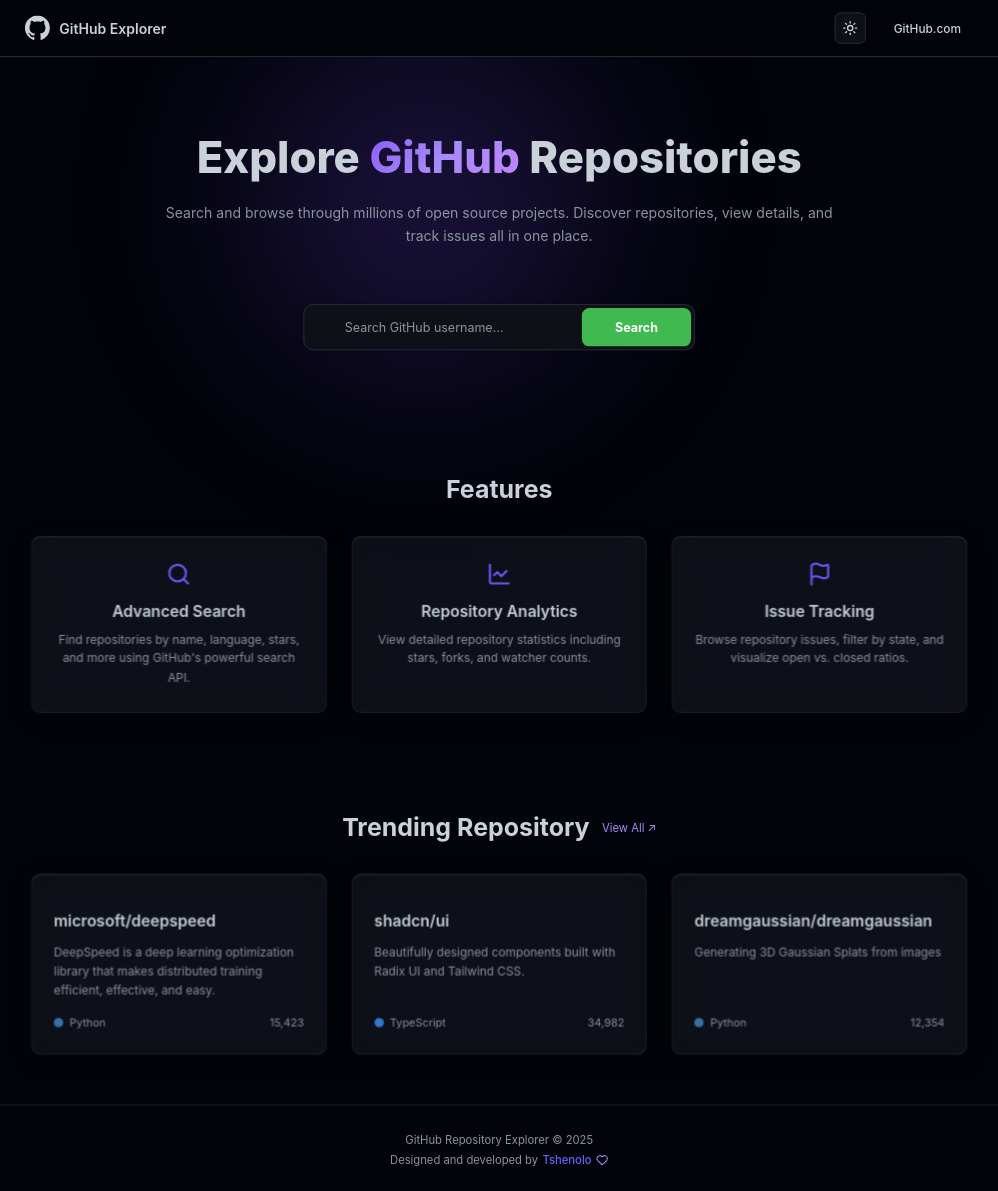
Repository: Tshenolo1994/username-repo
Page: /
The author's editor kept a copy of each file at every save. The page is drawn from the files as they stood at one save, then again after the next save.
The browser window is 1280 px wide. The pictures show the whole page, at 78% of full size.
The project was rebuilt for these pictures with package versions that can differ from the ones it lists, and the page was loaded fresh each time. Also part of the build but not shown: vite.config.ts, src/views/RepoView.vue.

Above is the page before, as saved 2025-10-27 10:10:51.

### index.html
<!doctype html>
<html lang="en">
  <head>
    <meta charset="UTF-8" />
    <link rel="icon" type="image/svg+xml" href="/vite.svg" />
    <meta name="viewport" content="width=device-width, initial-scale=1.0" />
    <title>commit-explorer</title>
  </head>
  <body>
    <div id="app"></div>
    <script type="module" src="/src/main.ts"></script>
  </body>
</html>

### src/main.ts
import { createApp } from 'vue'
import { createPinia } from 'pinia'
import App from './App.vue'
import router from './router'
import './styles/theme.css'

createApp(App)
  .use(createPinia())
  .use(router)
  .mount('#app')

### src/App.vue
<!-- App.vue or Layout.vue -->
<script setup>
import Header from '@/components/Header.vue';
import Footer from '@/components/Footer.vue';
</script>

<template>
  <div id="app">
    <Header />
    <main>
      <router-view />
    </main>
    <Footer />
  </div>
</template>

### src/router/index.ts
import { createRouter, createWebHistory } from 'vue-router'
import HomeView from '@/views/HomeView.vue'
import RepoView from '@/views/RepoView.vue'

const router = createRouter({
  history: createWebHistory(),
  routes: [
    { path: '/', name: 'home', component: HomeView },
    { path: '/repos/:username', name: 'repos', component: RepoView, props: true },
  ],
  scrollBehavior: () => ({ top: 0 }),
})

export default router

### src/styles/theme.css
:root {

    --bg: #010409;
    --bg-elev: #0d1117;
    --border: #30363d;
    --text: #c9d1d9;
    --muted: #8b949e;
    --button-bg: #161b22;
    --button-accent: #3fb950;
    --link: #7656FE;
    --error-text: #ff7b72;
    --error-bg: rgba(248, 81, 73, 0.1);
    --empty-state-bg: rgba(13, 17, 23, 0.5);
  }

  html, body, #app {
    margin: 0;
    padding: 0;
    background: var(--bg);
    color: var(--text);
    font-family: 'Inter', system-ui, -apple-system, BlinkMacSystemFont, 'Segoe UI', sans-serif;
    transition: background 0.3s ease, color 0.3s ease;
  }

  * {
    box-sizing: border-box;
  }

  h1, h2, h3, h4, h5, h6 {
    line-height: 1.2;
    margin: 0;
  }

  p {
    margin: 0.25rem 0 0;
  }

  a {
    color: var(--link);
    text-decoration: none;
  }

  button {
    font-family: inherit;
    border: none;
    outline: none;
  }

  input, textarea, select {
    font-family: inherit;
  }

  .card {
    background: var(--bg-elev);
    border: 1px solid var(--border);
    border-radius: 0.75rem;
    padding: 1rem;
    box-shadow: 0 1px 2px rgba(0, 0, 0, 0.15);
  }

### src/components/Header.vue
<script setup lang="ts">
import { Sun, Moon } from 'lucide-vue-next';
import { useTheme } from '@/composables/useTheme';

const { isDark, toggleTheme } = useTheme();
</script>

<template>
  <header class="header">
    <div class="header-content">
      <div class="logo">
        <svg width="32" height="32" viewBox="0 0 16 16" fill="currentColor">
          <path d="M8 0C3.58 0 0 3.58 0 8c0 3.54 2.29 6.53 5.47 7.59.4.07.55-.17.55-.38 0-.19-.01-.82-.01-1.49-2.01.37-2.53-.49-2.69-.94-.09-.23-.48-.94-.82-1.13-.28-.15-.68-.52-.01-.53.63-.01 1.08.58 1.23.82.72 1.21 1.87.87 2.33.66.07-.52.28-.87.51-1.07-1.78-.2-3.64-.89-3.64-3.95 0-.87.31-1.59.82-2.15-.08-.2-.36-1.02.08-2.12 0 0 .67-.21 2.2.82.64-.18 1.32-.27 2-.27.68 0 1.36.09 2 .27 1.53-1.04 2.2-.82 2.2-.82.44 1.1.16 1.92.08 2.12.51.56.82 1.27.82 2.15 0 3.07-1.87 3.75-3.65 3.95.29.25.54.73.54 1.48 0 1.07-.01 1.93-.01 2.2 0 .21.15.46.55.38A8.013 8.013 0 0016 8c0-4.42-3.58-8-8-8z"/>
        </svg>
        <span class="logo-text">GitHub Explorer</span>
      </div>

      <nav class="nav">
        <button @click="toggleTheme" class="theme-toggle" :aria-label="isDark ? 'Switch to light mode' : 'Switch to dark mode'">
          <Sun v-if="isDark" :size="20" />
          <Moon v-else :size="20" />
        </button>
        <a href="https://github.com" target="_blank" rel="noreferrer" class="github-link">
          GitHub.com
        </a>
      </nav>
    </div>
  </header>
</template>

<style scoped>
.header {
  background: var(--bg);
  border-bottom: 1px solid var(--border);
  padding: 1rem 2rem;
  position: sticky;
  top: 0;
  z-index: 100;
  backdrop-filter: blur(8px);
  transition: background 0.3s, border-color 0.3s;
}

.header-content {
  max-width: 1400px;
  margin: 0 auto;
  display: flex;
  justify-content: space-between;
  align-items: center;
}

.logo {
  display: flex;
  align-items: center;
  gap: 0.75rem;
  color: var(--text);
  font-weight: 600;
  font-size: 1.125rem;
  cursor: pointer;
  transition: color 0.2s;
}

.logo:hover {
  color: var(--link);
}

.logo svg {
  flex-shrink: 0;
}

.logo-text {
  font-weight: 600;
}

.nav {
  display: flex;
  align-items: center;
  gap: 1.25rem;
}

.theme-toggle {
  background: var(--bg-elev);
  border: 1px solid var(--border);
  border-radius: 8px;
  width: 40px;
  height: 40px;
  display: flex;
  align-items: center;
  justify-content: center;
  cursor: pointer;
  color: var(--text);
  transition: all 0.2s;
}

.theme-toggle:hover {
  background: var(--border);
  transform: rotate(15deg);
}

.github-link {
  color: var(--text);
  text-decoration: none;
  font-size: 0.95rem;
  font-weight: 500;
  padding: 0.5rem 1rem;
  border-radius: 6px;
  transition: all 0.2s;
}

.github-link:hover {
  color: var(--link);
  background: var(--bg-elev);
}

@media (max-width: 640px) {
  .header {
    padding: 1rem;
  }

  .logo-text {
    display: none;
  }
}
</style>

### src/components/Footer.vue
<script setup lang="ts">
import { Heart } from 'lucide-vue-next';

const currentYear = new Date().getFullYear();
</script>

<template>
  <footer class="footer">
    <div class="footer-content">
      <p class="footer-text">
        GitHub Repository Explorer © {{ currentYear }}
      </p>
      <p class="footer-credits">
        Designed and developed by <a href="#" class="footer-link">Tshenolo</a>
        <Heart :size="16" class="heart-icon" />
      </p>
    </div>
  </footer>
</template>

<style scoped>
.footer {
  background: var(--bg);
  border-top: 1px solid var(--border);
  padding: 2rem;
  margin-top: auto;
  transition: background 0.3s, border-color 0.3s;
}

.footer-content {
  max-width: 1400px;
  margin: 0 auto;
  text-align: center;
}

.footer-text {
  color: var(--muted);
  font-size: 0.9rem;
  margin-bottom: 0.5rem;
}

.footer-credits {
  color: var(--muted);
  font-size: 0.9rem;
  margin: 0;
  display: flex;
  align-items: center;
  justify-content: center;
  gap: 0.35rem;
}

.heart-icon {
  color: #a78bfa;
  fill: none;
}

.footer-link {
  color: var(--link);
  text-decoration: none;
  font-weight: 500;
  transition: opacity 0.2s;
}

.footer-link:hover {
  opacity: 0.8;
}

@media (max-width: 640px) {
  .footer {
    padding: 1.5rem 1rem;
  }

  .footer-text,
  .footer-credits {
    font-size: 0.85rem;
  }
}
</style>

### src/views/HomeView.vue
<script setup lang="ts">
import { ref } from "vue";
import { useRouter } from "vue-router";
import { Search, LineChart, Flag } from "lucide-vue-next";

import SearchBar from '@/components/SearchBar.vue';
const features = ref([
  {
    id: 1,
    icon: Search,
    title: "Advanced Search",
    description: "Find repositories by name, language, stars, and more using GitHub's powerful search API.",
  },
  {
    id: 2,
    icon: LineChart,
    title: "Repository Analytics",
    description: "View detailed repository statistics including stars, forks, and watcher counts.",
  },
  {
    id: 3,
    icon: Flag,
      title: "Issue Tracking",
    description: "Browse repository issues, filter by state, and visualize open vs. closed ratios.",
  },
]);


const trendingRepos = ref([
  {
    id: 1,
    name: "microsoft/deepspeed",
    stars: 15423,
    description:
      "DeepSpeed is a deep learning optimization library that makes distributed training efficient, effective, and easy.",
    language: "Python",
  },
  {
    id: 2,
    name: "shadcn/ui",
    stars: 34982,
    description:
      "Beautifully designed components built with Radix UI and Tailwind CSS.",
    language: "TypeScript",
  },
  {
    id: 3,
    name: "dreamgaussian/dreamgaussian",
    stars: 12354,
    description: "Generating 3D Gaussian Splats from images",
    language: "Python",
  },
]);

const router = useRouter();
const username = ref("");

function search() {
  if (username.value.trim()) {
    router.push(`/repos/${username.value.trim()}`);
  }
}

function getLangColor(lang: string): string {
  const colors: Record<string, string> = {
    JavaScript: "#f1e05a",
    TypeScript: "#3178c6",
    Python: "#3572A5",
    Java: "#b07219",
    Go: "#00ADD8",
    Ruby: "#701516",
  };
  return colors[lang] || "#6e7681";
}
</script>

<template>
  <div class="home-page">
    <div class="gradient-ball"></div>

    <section class="hero">
      <div class="hero-content">
        <h1 class="hero-title">
          Explore <span class="gradient-text">GitHub</span> Repositories
        </h1>
        <p class="hero-sub">
          Search and browse through millions of open source projects. Discover
          repositories, view details, and track issues all in one place.
        </p>

        <div class="search-box">
            <div class="search-wrapper">
        <SearchBar />
      </div>
        </div>
      </div>
    </section>

    <!-- Features -->
    <section class="section">
      <div class="section-header">
        <h2>Features</h2>
      </div>

      <div class="grid">
        <div
          v-for="feature in features"
          :key="feature.id"
          class="card glass"
        >
          <component :is="feature.icon" class="icon" :size="32" />
          <h3>{{ feature.title }}</h3>
          <p>{{ feature.description }}</p>
        </div>
      </div>
    </section>

    <!-- Trending -->
    <section class="section">
      <div class="section-header">
        <h2>Trending Repository</h2>
        <a
          href="https://github.com/trending"
          target="_blank"
          rel="noreferrer"
          class="view-all"
        >
          View All ↗
        </a>
      </div>

      <div class="grid">
        <div
          v-for="repo in trendingRepos"
          :key="repo.id"
          class="card glass repo-card"
        >
          <h3 class="repo-name">{{ repo.name }}</h3>
          <p class="repo-desc">{{ repo.description }}</p>
          <div class="repo-meta">
            <div class="lang">
              <span
                class="dot"
                :style="{ backgroundColor: getLangColor(repo.language) }"
              ></span>
              <span>{{ repo.language }}</span>
            </div>
            <div class="stars">
              <svg
                class="star"
                fill="currentColor"
                viewBox="0 0 16 16"
              >
                <path
                  d="M8 .25a.75.75 0 01.673.418l1.882 3.815 4.21.612a.75.75 0 01.416 1.279l-3.046 2.97.719 4.192a.75.75 0 01-1.088.791L8 12.347l-3.766 1.98a.75.75 0 01-1.088-.79l.72-4.194L.818 6.374a.75.75 0 01.416-1.28l4.21-.611L7.327.668A.75.75 0 018 .25z"
                />
              </svg>
              {{ repo.stars.toLocaleString() }}
            </div>
          </div>
        </div>
      </div>
    </section>
  </div>
</template>

<style scoped>
.home-page {
  background: var(--bg);
  color: var(--text);
  min-height: 100vh;
  width: 100%;
  overflow-x: hidden;
  position: relative;
  transition: background 0.3s, color 0.3s;
}

.gradient-ball {
  position: absolute;
  top: -100px;
  left: 50%;
  transform: translateX(-50%);
  width: 600px;
  height: 600px;
  border-radius: 50%;
  background: radial-gradient(circle at center, var(--link) 0%, rgba(124, 58, 237, 0.6) 30%, transparent 70%);
  opacity: 0.3;
  filter: blur(100px);
  z-index: 0;
  animation: float 15s ease-in-out infinite;
  transition: background 0.3s;
}

@keyframes float {
  0% {
    transform: translate(-50%, 0) scale(1);
  }
  25% {
    transform: translate(-80%, -40px) scale(1.2);
  }
  50% {
    transform: translate(-20%, 80px) scale(0.85);
  }
  75% {
    transform: translate(-70%, 30px) scale(1.15);
  }
  100% {
    transform: translate(-50%, 0) scale(1);
  }
}

/* Hero Section */
.hero {
  padding: 6rem 2rem 4rem;
  position: relative;
  z-index: 10;
}

.hero-content {
  max-width: 900px;
  margin: 0 auto;
  text-align: center;
}

.hero-title {
  font-size: 3.5rem;
  font-weight: 800;
  margin-bottom: 1.5rem;
  line-height: 1.2;
}

.gradient-text {
  background: linear-gradient(135deg, #8b5cf6 0%, #a78bfa 50%, #c084fc 100%);
  -webkit-background-clip: text;
  -webkit-text-fill-color: transparent;
  background-clip: text;
}

.hero-sub {
  color: var(--muted);
  font-size: 1.125rem;
  margin-bottom: 2.5rem;
  line-height: 1.6;
}

.search-box {
  display: flex;
  justify-content: center;
  gap: 0.75rem;
  max-width: 600px;
  margin: 0 auto;
}

.search-input {
  padding: 0.875rem 1.25rem;
  border-radius: 8px;
  flex: 1;
  background: var(--bg-elev);
  color: var(--text);
  border: 1px solid var(--border);
  font-size: 0.95rem;
  transition: all 0.2s;
}

.search-input:focus {
  outline: none;
  border-color: var(--link);
  background: var(--bg-elev);
}

.search-input::placeholder {
  color: var(--muted);
}

.search-btn {
  background: var(--button-accent);
  color: white;
  padding: 0.875rem 2rem;
  border-radius: 8px;
  font-weight: 600;
  cursor: pointer;
  border: none;
  font-size: 0.95rem;
  transition: all 0.2s;
}

/* .search-btn:hover {
  background: #2ea043;
  transform: translateY(-1px);
} */

/* Shared Section Styling */
.section {
  padding: 4rem 2rem;
  position: relative;
  z-index: 10;
}

.section-header {
  display: flex;
  align-items: center;
  justify-content: center;
  gap: 1rem;
  margin-bottom: 2.5rem;
}

.section-header h2 {
  font-size: 2rem;
  font-weight: 700;
  color: var(--text);
}

.view-all {
  color: #a78bfa;
  font-size: 0.9rem;
  text-decoration: none;
  display: flex;
  align-items: center;
  gap: 0.25rem;
  transition: all 0.2s;
}

.view-all:hover {
  color: #c084fc;
  transform: translateX(2px);
}

/* Grid + Cards */
.grid {
  display: grid;
  grid-template-columns: repeat(3, 1fr);
  gap: 2rem;
  max-width: 1200px;
  margin: 0 auto;
}

@media (max-width: 980px) {
  .grid {
    grid-template-columns: 1fr;
  }
  .hero-title {
    font-size: 2.5rem;
  }
}

.card {
  padding: 2rem 1.75rem;
  border-radius: 12px;
  text-align: center;
  transition: all 0.3s ease;
}

.card:hover {
  transform: translateY(-6px);
}

/* Glass look */
.glass {
  background: rgba(255, 255, 255, 0.05);
  border: 1px solid rgba(255, 255, 255, 0.1);
  backdrop-filter: blur(20px) saturate(180%);
  box-shadow: 0 8px 32px rgba(0, 0, 0, 0.4),
              inset 0 1px 0 rgba(255, 255, 255, 0.1);
  transition: all 0.3s ease;
}

[data-theme="light"] .glass {
  background: rgba(255, 255, 255, 0.7);
  border: 1px solid rgba(255, 255, 255, 0.3);
  backdrop-filter: blur(20px) saturate(180%);
  box-shadow: 0 8px 32px rgba(0, 0, 0, 0.1),
              inset 0 1px 0 rgba(255, 255, 255, 0.5);
}

.glass:hover {
  background: rgba(255, 255, 255, 0.08);
  border: 1px solid rgba(255, 255, 255, 0.15);
  box-shadow: 0 12px 40px rgba(0, 0, 0, 0.5),
              inset 0 1px 0 rgba(255, 255, 255, 0.15);
}

[data-theme="light"] .glass:hover {
  background: rgba(255, 255, 255, 0.85);
  border: 1px solid rgba(255, 255, 255, 0.4);
  box-shadow: 0 12px 40px rgba(0, 0, 0, 0.15),
              inset 0 1px 0 rgba(255, 255, 255, 0.6);
}

.card h3 {
  font-size: 1.25rem;
  font-weight: 600;
  margin: 1rem 0 0.75rem;
  color: var(--text);
}

.card p {
  color: var(--muted);
  font-size: 0.95rem;
  line-height: 1.6;
}

.icon {
  color: var(--link);
  margin: 0 auto;
}

/* Trending Repo cards */
.repo-card {
  text-align: left;
  display: flex;
  flex-direction: column;
}

.repo-name {
  color: var(--link);
  font-weight: 600;
  font-size: 1.1rem;
  margin: 0 0 0.75rem 0;
  transition: color 0.2s;
  min-height: 1.5rem;
}

.repo-card:hover .repo-name {
  color: var(--link);
  opacity: 0.8;
}

.repo-desc {
  color: var(--muted);
  font-size: 0.9rem;
  margin-bottom: 1.25rem;
  line-height: 1.5;
  flex: 1;
  min-height: 3rem;
}

.repo-meta {
  display: flex;
  justify-content: space-between;
  align-items: center;
  font-size: 0.875rem;
  color: var(--muted);
  margin-top: auto;
}

.lang {
  display: flex;
  align-items: center;
}

.dot {
  display: inline-block;
  width: 12px;
  height: 12px;
  border-radius: 50%;
  margin-right: 0.5rem;
}

.stars {
  display: flex;
  align-items: center;
  gap: 0.35rem;
}
F
.star {
  width: 16px;
  height: 16px;
  color: #fbbf24;
}
</style>

### src/composables/useTheme.ts
import { ref, onMounted, watch } from 'vue';

export const darkTheme = {
  background: '#010409',
  surface: '#0d1117',
  border: '#30363d',
  text: '#c9d1d9',
  secondaryText: '#8b949e',
  buttonBg: '#161b22',
  buttonAccent: '#3fb950',
  linkColor: '#7656FE',
  errorText: '#ff7b72',
  errorBackground: 'rgba(248, 81, 73, 0.1)',
  emptyStateBackground: 'rgba(13, 17, 23, 0.5)',
};

export const lightTheme = {
  background: '#f6f6f6',
  surface: '#fbfefb',
  border: '#d0d7de',
  text: '#24292f',
  secondaryText: '#57606a',
  buttonBg: '#f6f8fa',
  buttonAccent: '#3fb950',
  linkColor: '#7656FE',
  errorText: '#cf222e',
  errorBackground: 'rgba(248, 81, 73, 0.05)',
  emptyStateBackground: 'rgba(246, 248, 250, 0.5)',
};

type Theme = typeof darkTheme;

const isDark = ref(true);

export function useTheme() {
  const theme = ref<Theme>(darkTheme);

  const applyTheme = (themeObj: Theme) => {
    const root = document.documentElement;
    root.style.setProperty('--bg', themeObj.background);
    root.style.setProperty('--bg-elev', themeObj.surface);
    root.style.setProperty('--border', themeObj.border);
    root.style.setProperty('--text', themeObj.text);
    root.style.setProperty('--muted', themeObj.secondaryText);
    root.style.setProperty('--button-bg', themeObj.buttonBg);
    root.style.setProperty('--button-accent', themeObj.buttonAccent);
    root.style.setProperty('--link', themeObj.linkColor);
    root.style.setProperty('--error-text', themeObj.errorText);
    root.style.setProperty('--error-bg', themeObj.errorBackground);
    root.style.setProperty('--empty-state-bg', themeObj.emptyStateBackground);
  };

  const toggleTheme = () => {
    isDark.value = !isDark.value;
    theme.value = isDark.value ? darkTheme : lightTheme;
    applyTheme(theme.value);
    localStorage.setItem('theme', isDark.value ? 'dark' : 'light');
  };

  const initTheme = () => {
    const savedTheme = localStorage.getItem('theme');
    if (savedTheme) {
      isDark.value = savedTheme == 'dark';
    } else {
      isDark.value = true;
    }
    theme.value = isDark.value ? darkTheme : lightTheme;
    applyTheme(theme.value);
  };

  onMounted(() => {
    initTheme();
  });

  return {
    isDark,
    theme,
    toggleTheme,
  };
}

### src/components/SearchBar.vue
<script setup lang="ts">
import { ref } from "vue";
import { useRouter } from "vue-router";

const router = useRouter();
const username = ref("");
const validationError = ref("");

const searchUser = () => {
    validationError.value = "";

    if (!username.value.trim()) {
        validationError.value = "Please enter a username";
        return;
    }

    const usernamePattern = /^[a-zA-Z0-9-]+$/;
    if (!usernamePattern.test(username.value)) {
        validationError.value =
            "Username can only contain letters, numbers, and hyphens";
        return;
    }

    const user = username.value.trim();
    router.push(`/repos/${user}`);
    username.value = "";
};
</script>

<template>
    <div class="search">
        <form @submit.prevent="searchUser" class="search__form">
            <input v-model="username" placeholder="Search GitHub username…" class="search__input" required />
            <button type="submit" class="search__btn">Search</button>
        </form>
        <p v-if="validationError" class="search__error">{{ validationError }}</p>
    </div>
</template>

<style scoped>
.search {
    width: 100%;
    display: flex;
    justify-content: center;
    padding: 0 1rem;
    margin: 2rem 0;
}

.search__form {
    display: flex;
    align-items: center;
    gap: 0.5rem;
    width: min(100%, 1280px);
    background: var(--bg-elev);
    border: 1px solid var(--border);
    border-radius: 0.75rem;
    padding: 0.25rem;
    box-shadow: 0 2px 10px rgba(0, 0, 0, 0.18);
    flex-wrap: nowrap;
}

.search__input {
    flex: 999 1 0;
    min-width: 0;
    background: transparent;
    border: none;
    color: var(--text);
    font-size: 1rem;
    padding: 0.9rem 3rem;
    border-radius: 0.6rem;
    outline: none;
}

.search__input::placeholder {
    color: var(--muted);
}

.search__input:focus {
    box-shadow: inset 0 0 0 1px var(--border);
}

.search__btn {
    flex: 0 0 auto;
    min-width: 140px;
    background: var(--button-accent);
    color: #fff;
    padding: 0.9rem 1.25rem;
    font-weight: 700;
    border-radius: 0.6rem;
    font-size: 1rem;
    border: none;
    cursor: pointer;
    transition: filter 0.15s ease;
}

.search__btn:hover {
    filter: brightness(0.95);
}

.search__error {
    color: var(--error-text);
    background: var(--error-bg);
    padding: 0.55rem 0.8rem;
    border-radius: 0.6rem;
    font-size: 0.9rem;
    margin-top: 0.6rem;
    width: min(100%, 1280px);
    text-align: center;
}

@media (max-width: 640px) {
    .search__form {
        flex-direction: column;
        align-items: stretch;
        padding: 0.5rem;
    }

    .search__btn {
        width: 100%;
        min-width: 0;
    }
}
</style>

After the next save:
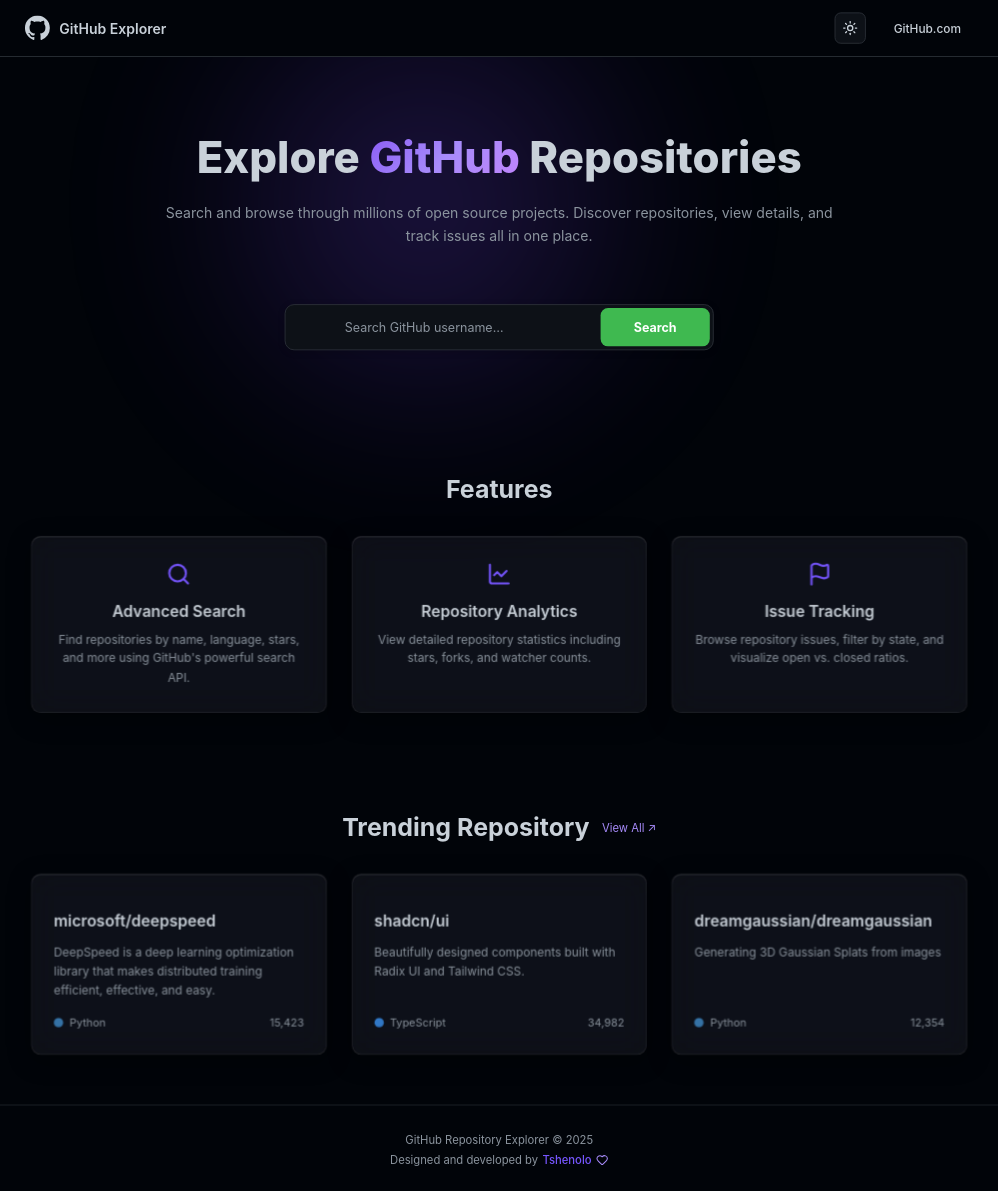
Saved 64 s later.
--- a/src/components/SearchBar.vue
+++ b/src/components/SearchBar.vue
@@ -66,7 +66,7 @@
     border: none;
     color: var(--text);
     font-size: 1rem;
-    padding: 0.9rem 3rem;
+    padding: 0.9rem 4.5rem;
     border-radius: 0.6rem;
     outline: none;
 }
